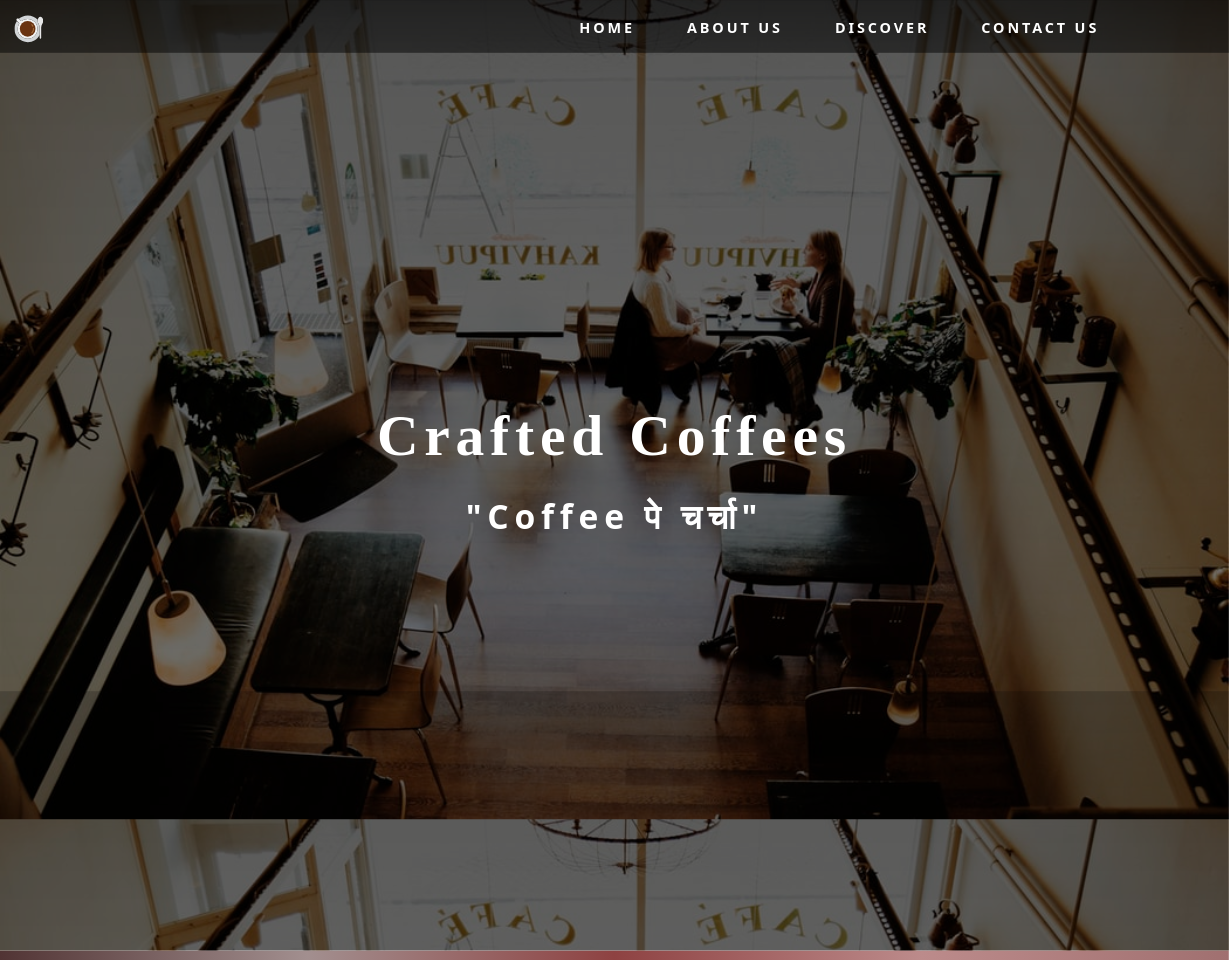
Repository: Aditya0377/Assignments
Page: Assignment/coffee/index.html
The author's editor kept a copy of each file at every save. The page is drawn from the files as they stood at one save, then again after the next save.
The browser window is 1280 px wide. The pictures show the whole page, at 96% of full size.
Backgrounds fixed to the window are drawn as part of the page. Some web libraries are served in a nearby version.

Above is the page before, as saved 2024-02-01 15:02:16.

After the next save:
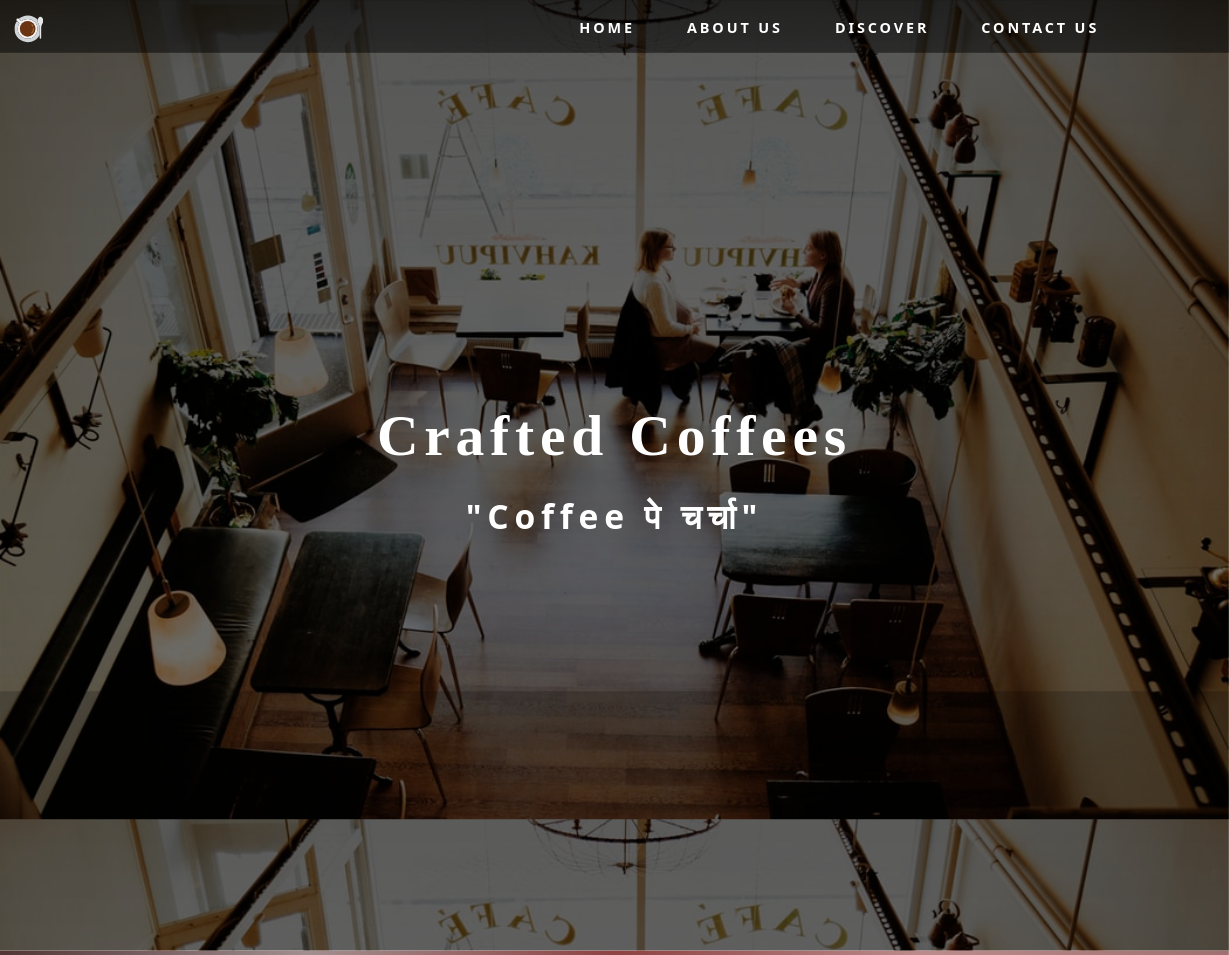
Saved 19 s later.
--- a/Assignment/coffee/coffee.css
+++ b/Assignment/coffee/coffee.css
@@ -110,5 +110,5 @@ a {
 .linearline {
     width: 100%;
     background-image: linear-gradient(to left, #a07070, #bc8b8b, #8e4242, #a28f8f, #513434);
-    height: 10px;
+    height: 5px;
 }
